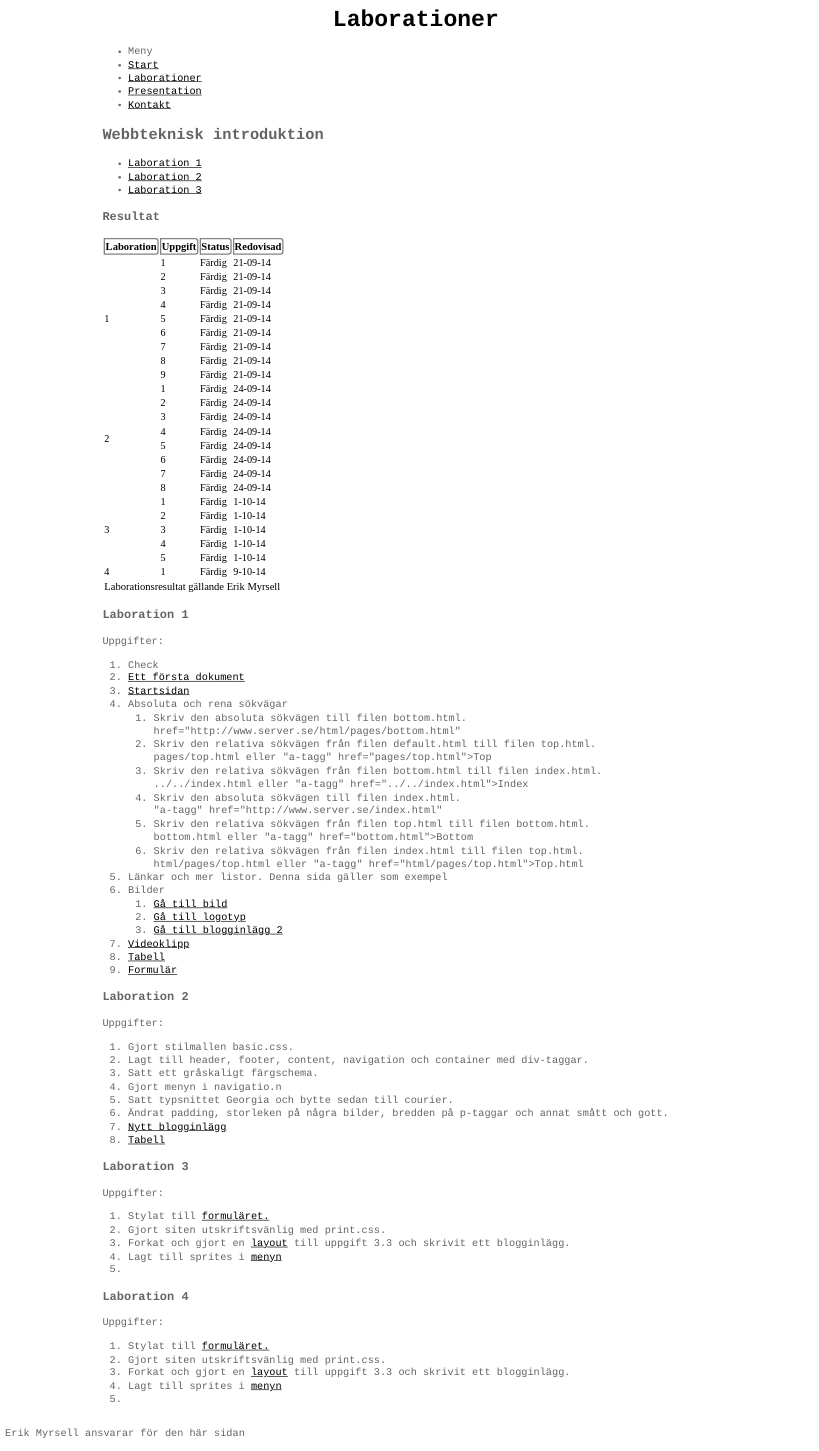
Repository: em222mt/1IK415_em222mt
Page: pages/laborationer.html
The author's editor kept a record of every edit. The page is drawn from the files as they stood at one moment, then again after the next edit.
The browser window is 1280 px wide. The pictures show the whole page, at 64% of full size.

Above is the page before.

After the next edit:
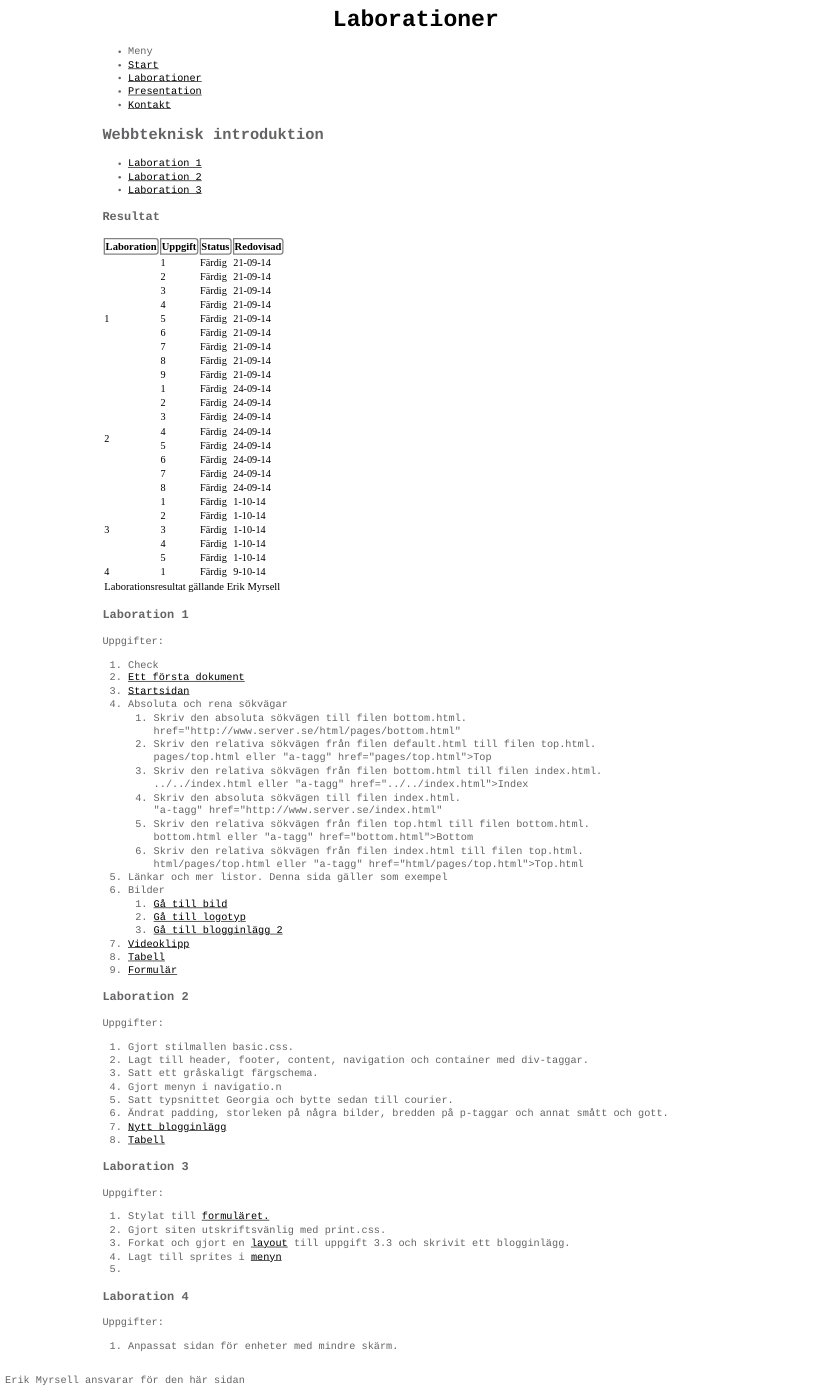
The edit:
--- a/pages/laborationer.html
+++ b/pages/laborationer.html
@@ -259,11 +259,7 @@
             <p>Uppgifter:</p>
 
             <ol>
-                <li>Stylat till <a href="kontakt.html#form">formuläret.</a></li>
-                <li>Gjort siten utskriftsvänlig med print.css.</li>
-                <li>Forkat och gjort en <a href="https://uppgift-3-3-c9-em222mt.c9.io/?_c9_id=livepreview0&_c9_host=https://ide.c9.io#">layout</a> till uppgift 3.3 och skrivit ett blogginlägg.</li>
-                <li>Lagt till sprites i <a href="#navigation">menyn</a></li>
-                <li></li>
+                <li>Anpassat sidan för enheter med mindre skärm.</a></li>
             </ol>
 
 
